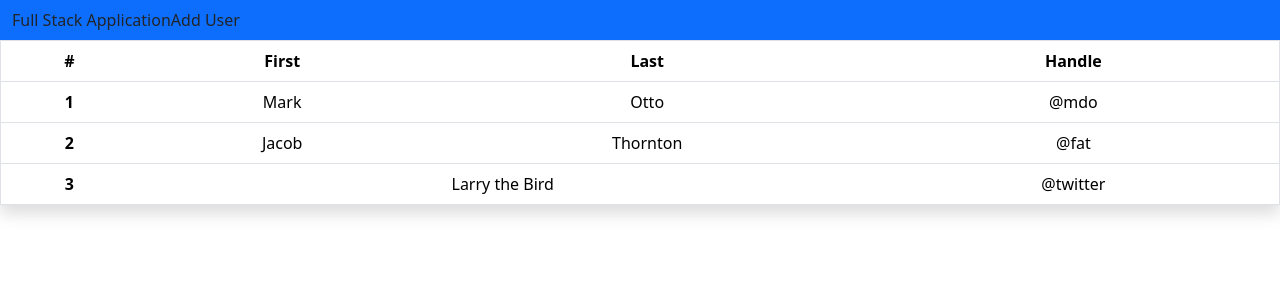
Repository: rajratangm/spring
Page: /adduser (app in front/)
These files come from the project's save history. The page is drawn as it stood at one moment and after a run of saves; the edit follows.
The browser window is 1280 px wide. The pictures show the whole page.
The project was rebuilt for these pictures with package versions that can differ from the ones it lists, and the page was loaded fresh each time.

Above is the page before, as saved 2024-05-19 17:38:51.

After the next 2 saves:
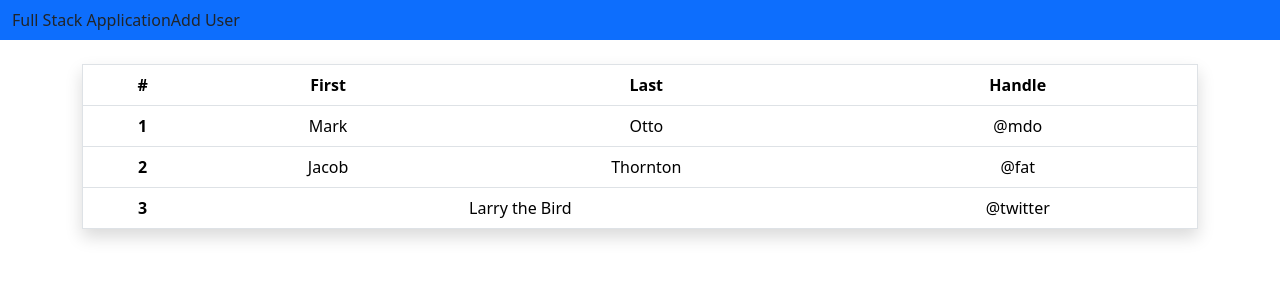
The 2 saves are shown as one change because they came seconds apart.
The last was saved 21 s later.
--- a/front/src/pages/Home.js
+++ b/front/src/pages/Home.js
@@ -2,8 +2,8 @@ import React from 'react'
 
 const Home = () => {
   return (
-    <div classNameName='container'>
-        <div classNameName='py-4'>
+    <div className='container'>
+        <div className='py-4'>
         <table className="table border shadow">
   <thead>
     <tr>
